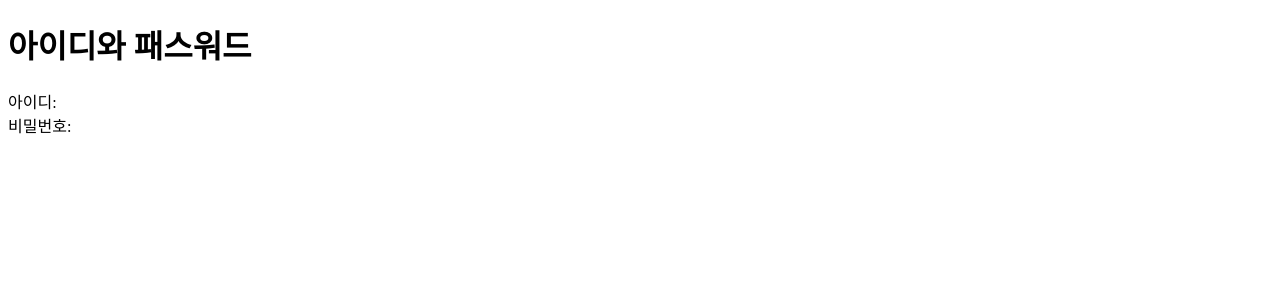
Repository: disterbia/jsp
Page: http://localhost/Script/loginCheck.jsp
The author's editor kept a copy of each file at every save. The page is drawn from the files as they stood at one save, then again after the next save.
The browser window is 1280 px wide. The pictures show the whole page.
The page is served by Tomcat 9.

Above is the page before, as saved 2019-10-07 02:33:29.

After the next save:
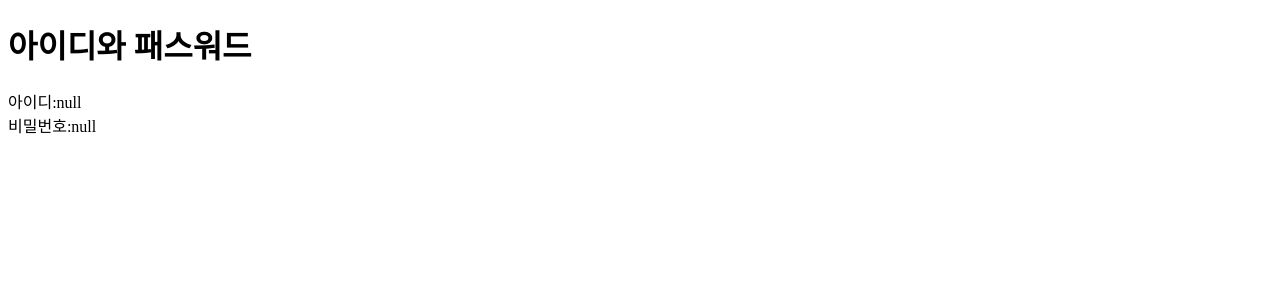
Saved 13 min 46 s later.
--- a/Script/WebContent/loginCheck.jsp
+++ b/Script/WebContent/loginCheck.jsp
@@ -7,9 +7,16 @@
 <title>Insert title here</title>
 </head>
 <body>
+<%
+	String email =request.getParameter("email");
+	String pswd =request.getParameter("pswd");
+	String remeber=request.getParameter("remember");
+
+%>
+
 <h1>아이디와 패스워드</h1>
-아이디:<br>
-비밀번호:<br>
+아이디:<%=email %><br>
+비밀번호:<%=pswd %><br>
 
 </body>
 </html>
